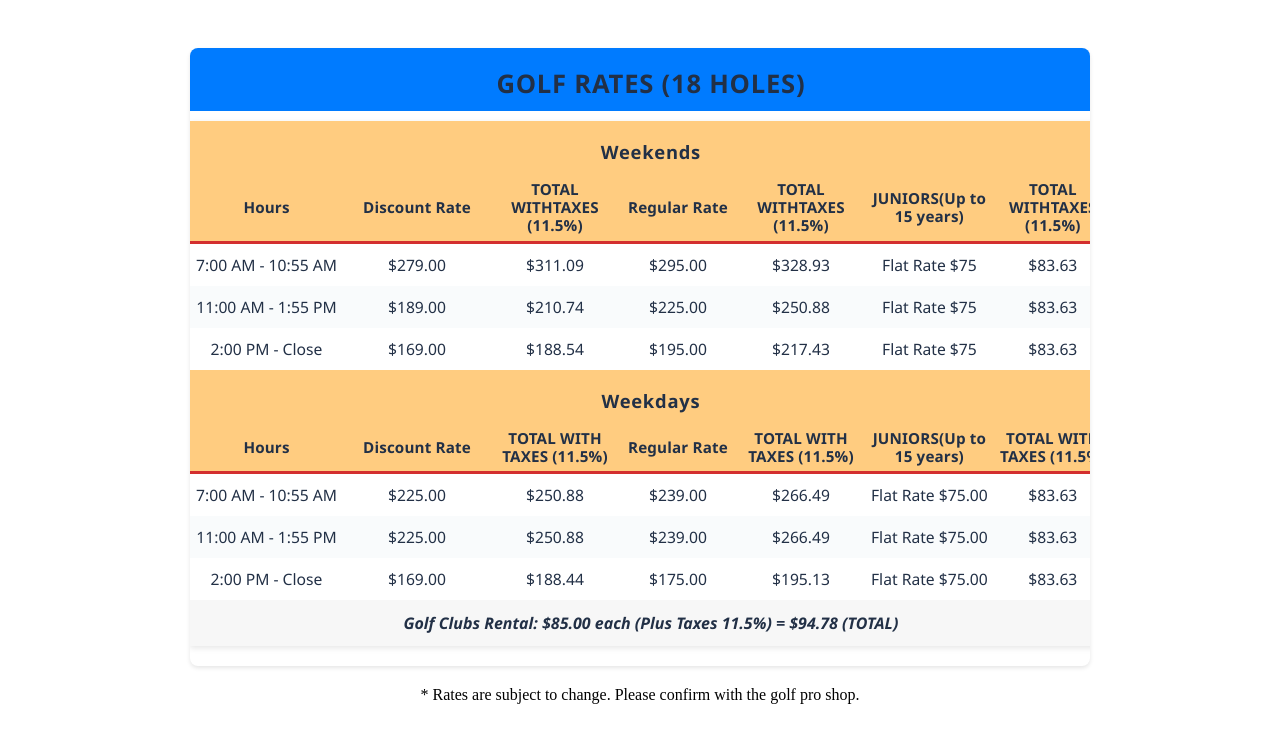
Repository: chvg1968/airphonebook
Page: src/html/pages/golfrates.html
The author's editor kept a copy of each file at every save. The page is drawn from the files as they stood at one save, then again after the next save.
The browser window is 1280 px wide. The pictures show the whole page.

Above is the page before, as saved 2025-05-08 18:27:49.

### src/html/pages/golfrates.html
<!DOCTYPE html>
<html lang="en">
<head>
    <meta charset="UTF-8">
    <meta name="viewport" content="width=device-width, initial-scale=1.0">
    <title>Golf Rates</title>
    <link rel="stylesheet" href="/public/assets/styles/components/table.css">
    <link rel="stylesheet" href="/public/assets/styles/components/modal.css">
    <style>
        .property-content {
            max-width: 900px;
            margin: 0 auto;
            padding: 20px;
            text-align: center;
        }
        .golfrates-modern th.header-underline br {
            display: none;
        }
        .table-responsive {
            overflow-x: auto;
            -webkit-overflow-scrolling: touch;
        }
        table.golfrates-modern {
            width: 100%;
            border-collapse: separate;
            border-spacing: 0;
            font-family: 'Segoe UI', 'Inter', Arial, sans-serif;
            background: #fff;
            box-shadow: 0 2px 6px rgba(0,0,0,0.10);
            margin-bottom: 20px;
        }
        .golfrates-modern thead th.section-title {
            background: none;
            font-size: 1.15em;
            color: #223046;
            letter-spacing: 0.04em;
            border-bottom: none;
            padding: 18px 0 8px 0;
            font-weight: 700;
            text-align: center !important;
            width: 100%;
        }
        .golfrates-modern th.header-underline {
            background: none;
            color: #223046;
            font-weight: 600;
            border-bottom: 3px solid #d32f2f;
            padding: 8px 4px 6px 4px;
            font-size: 0.95em;
            letter-spacing: 0.01em;
            text-align: center;
            white-space: normal;
            line-height: 1.2;
        }
        .golfrates-modern td, .golfrates-modern th {
            border: none;
            padding: 10px 6px;
            text-align: center;
            background: #fff;
            color: #223046;
            white-space: nowrap;
            font-size: 0.98em;
        }
        @media (max-width: 700px) {
            .property-content {
                padding: 4px;
            }
            .golfrates-modern {
                font-size: 0.90em;
            }
            .golfrates-modern th.header-underline, .golfrates-modern td {
                padding: 7px 2px;
                font-size: 0.95em;
                text-align: center;
            }
            .golfrates-modern th.section-title {
                font-size: 1em;
            }
            .golfrates-modern caption {
                font-size: 1.1em;
            }
        }
        @media (max-width: 480px) {
            .golfrates-modern {
                font-size: 0.82em;
            }
            .golfrates-modern th.header-underline, .golfrates-modern td {
                padding: 5px 1px;
                font-size: 0.90em;
                text-align: center;
            }
        }
        .golfrates-modern tbody tr:nth-child(even) td {
            background: #f9fbfc;
        }
        /* .golfrates-modern td.total-underline { border-bottom: 2px solid #d32f2f; color: #d32f2f; font-weight: 700; } */
        .golfrates-modern tfoot td {
            background: #f7f7f7;
            font-size: 1em;
            color: #223046;
            text-align: center;
            border: none;
            padding: 12px 10px;
        }
        .golfrates-modern caption {
            font-size: 1.4em;
            font-weight: 700;
            margin-bottom: 10px;
            color: #223046;
            letter-spacing: 0.03em;
        }
    </style>
</head>
<body>
    <div class="property-content">
        <div class="table-responsive">
            <table class="golfrates-modern">
            <caption style="font-size:1.6em; font-weight:700; padding:18px 0 10px 0; letter-spacing:0.03em;">GOLF RATES (18 HOLES)</caption>
            <thead>
            <tr>
            <th colspan="8" class="section-title" style="text-align:center;">Weekends</th>
            </tr>
            <tr>
            <th class="header-underline" style="min-width:90px;">Hours</th>
            <th class="header-underline" style="min-width:140px;">Discount Rate</th>
            <th class="header-underline" style="min-width:120px;">TOTAL WITH<br>TAXES (11.5%)</th>
            <th class="header-underline" style="min-width:110px;">Regular Rate</th>
            <th class="header-underline" style="min-width:120px;">TOTAL WITH<br>TAXES (11.5%)</th>
            <th class="header-underline" style="min-width:110px;">JUNIORS<br>(Up to 15 years)</th>
            <th class="header-underline" style="min-width:110px;">TOTAL WITH<br>TAXES (11.5%)</th>
            </tr>
            </thead>
                <tbody>
                  <tr>
                    <td>7:00 AM - 10:55 AM</td>
                    <td>$279.00</td>
                    <td>$311.09</td>
                    <td>$295.00</td>
                    <td>$328.93</td>
                    <td>Flat Rate $75</td>
                    <td>$83.63</td>
                  </tr>
                  <tr>
                    <td>11:00 AM - 1:55 PM</td>
                    <td>$189.00</td>
                    <td>$210.74</td>
                    <td>$225.00</td>
                    <td>$250.88</td>
                    <td>Flat Rate $75</td>
                    <td>$83.63</td>
                  </tr>
                  <tr>
                    <td>2:00 PM - Close</td>
                    <td>$169.00</td>
                    <td>$188.54</td>
                    <td>$195.00</td>
                    <td>$217.43</td>
                    <td>Flat Rate $75</td>
                    <td>$83.63</td>
                  </tr>
                </tbody>
                <thead>
                  <tr>
                    <th colspan="8" class="section-title" style="text-align:center;">Weekdays</th>
                  </tr>
                  <tr>
                    <th class="header-underline">Hours</th>
                    <th class="header-underline">Discount Rate</th>
                    <th class="header-underline">TOTAL WITH TAXES (11.5%)</th>
                    <th class="header-underline">Regular Rate</th>
                    <th class="header-underline">TOTAL WITH TAXES (11.5%)</th>
                    <th class="header-underline">JUNIORS<br>(Up to 15 years)</th>
                    <th class="header-underline">TOTAL WITH TAXES (11.5%)</th>
                  </tr>
                </thead>
                <tbody>
                  <tr>
                    <td>7:00 AM - 10:55 AM</td>
                    <td>$225.00</td>
                    <td>$250.88</td>
                    <td>$239.00</td>
                    <td>$266.49</td>
                    <td>Flat Rate $75.00</td>
                    <td>$83.63</td>
                  </tr>
                  <tr>
                    <td>11:00 AM - 1:55 PM</td>
                    <td>$225.00</td>
                    <td>$250.88</td>
                    <td>$239.00</td>
                    <td>$266.49</td>
                    <td>Flat Rate $75.00</td>
                    <td>$83.63</td>
                  </tr>
                  <tr>
                    <td>2:00 PM - Close</td>
                    <td>$169.00</td>
                    <td>$188.44</td>
                    <td>$175.00</td>
                    <td>$195.13</td>
                    <td>Flat Rate $75.00</td>
                    <td>$83.63</td>
                  </tr>
                </tbody>
                <tfoot>
                  <tr>
                    <td colspan="7">Golf Clubs Rental: $85.00 each (Plus Taxes 11.5%) = $94.78 (TOTAL)</td>
                  </tr>
                </tfoot>
            </table>
        </div>
        <p>* Rates are subject to change. Please confirm with the golf pro shop.</p>
    </div>
</body>
</html>

### assets/styles/components/table.css
table {
    border-collapse: collapse;
    width: 100%;
    font-family: sans-serif;
    margin-bottom: 20px;
  }

  caption {
    font-size: 1.2em;
    font-weight: bold;
    margin-bottom: 10px;
    color: #333;
  }

  thead tr {
    background-color: #ffcc80; /* Light orange for header background */
    color: #000; /* Black for header text */
  }

  th, td {
    padding: 10px 15px;
    text-align: left;
    border-bottom: 1px solid #ddd; /* Light grey bottom border for rows */
  }

  th {
    font-weight: bold;
  }

  tbody tr:nth-child(even) {
    background-color: #f9f9f9; /* Very light grey for even rows for subtle contrast */
  }

  tfoot td {
    padding: 10px 15px;
    text-align: left;
    font-style: italic;
    border-top: 1px solid #ddd; /* Light grey top border for footer */
  }

### assets/styles/components/modal.css
/* Estilos básicos del modal */
.modal {
    display: none !important;
    position: fixed !important;
    z-index: 9999 !important;
    left: 0 !important;
    top: 0 !important;
    width: 100% !important;
    height: 100% !important;
    background-color: rgba(0, 0, 0, 0.9) !important;
    overflow: hidden !important;
    justify-content: center !important;
    align-items: center !important;
}

.modal[style*="display: block"],
.modal[style*="display:block"] {
    display: block !important;
}

/* Contenido del modal */
.modal-content {
    background-color: #fefefe !important;
    margin: 2% auto !important;
    padding: 15px !important;
    border: 1px solid #888 !important;
    border-radius: 8px !important;
    width: 90% !important;
    max-width: 900px !important;
    max-height: 90vh !important;
    overflow-y: auto !important;
    position: relative !important;
    animation: modalFadeIn 0.3s !important;
    box-shadow: 0 4px 8px rgba(0, 0, 0, 0.1) !important;
}

/* Estilos responsive para el modal */
@media screen and (max-width: 768px) {
    .modal-content {
        margin: 0 auto !important;
        padding: 12px !important;
        width: 95% !important;
        max-height: 95vh !important;
        border-radius: 0 !important;
    }

    #golfRatesModal .modal-content {
        padding: 8px !important;
    }

    #golfRatesModal h2 {
        font-size: 1.3em !important;
        margin: 8px 0 !important;
    }

    #golfRatesModal p,
    #golfRatesModal li {
        font-size: 0.95em !important;
        line-height: 1.3 !important;
    }

    .modal-content table {
        font-size: 0.9em !important;
    }

    .modal-content th,
    .modal-content td {
        padding: 4px 6px !important;
    }
}

/* Ajustes adicionales para pantallas muy pequeñas */
@media screen and (max-width: 480px) {
    .modal-content {
        margin: 0 !important;
        width: 100% !important;
        height: 100vh !important;
        max-height: 100vh !important;
    }

    #golfRatesModal h2 {
        font-size: 1.2em !important;
    }

    #golfRatesModal p,
    #golfRatesModal li {
        font-size: 0.9em !important;
    }

    .modal-content table {
        font-size: 0.85em !important;
    }

    .modal-content th,
    .modal-content td {
        padding: 3px 4px !important;
    }
}

/* Estilos específicos para el modal de Golf Rates */
#golfRatesModal .modal-content {
    padding: 10px !important;
}

/* Estilos para el mapa y controles de zoom */
.zoom-controls {
    position: fixed !important;
    bottom: 20px !important;
    right: 20px !important;
    display: flex !important;
    gap: 10px !important;
    z-index: 1001 !important;
}

.zoom-btn {
    background: white !important;
    border: none !important;
    border-radius: 50% !important;
    width: 40px !important;
    height: 40px !important;
    font-size: 24px !important;
    cursor: pointer !important;
    display: flex !important;
    align-items: center !important;
    justify-content: center !important;
    box-shadow: 0 2px 5px rgba(0,0,0,0.2) !important;
    transition: all 0.2s ease !important;
}

.zoom-btn:hover {
    background: #f0f0f0 !important;
    transform: scale(1.1) !important;
}

.zoom-btn:active {
    transform: scale(0.95) !important;
}

.panzoom {
    max-width: none !important;
    max-height: none !important;
    width: auto !important;
    height: auto !important;
    transform-origin: center !important;
    will-change: transform !important;
    transition: transform 0.1s ease-out !important;
    min-width: 100% !important;
    min-height: 100% !important;
}

.map-instructions {
    text-align: center !important;
    color: #666 !important;
    margin-bottom: 15px !important;
    font-style: italic !important;
    transition: opacity 0.5s ease !important;
}

.map-instructions.fade {
    opacity: 0 !important;
}

#golfRatesModal h2 {
    margin: 10px 0 !important;
    font-size: 1.5em !important;
}

#golfRatesModal p {
    margin: 5px 0 !important;
    line-height: 1.4 !important;
}

#golfRatesModal ul {
    margin: 5px 0 !important;
    padding-left: 20px !important;
}

#golfRatesModal li {
    margin: 3px 0 !important;
}

/* Estilo para tablas en modales */
.modal-content table {
    width: 100% !important;
    margin: 10px 0 !important;
    border-collapse: collapse !important;
}

.modal-content th,
.modal-content td {
    padding: 5px 8px !important;
    border: 1px solid #ddd !important;
    font-size: 0.95em !important;
}

@keyframes modalFadeIn {
    from {opacity: 0; transform: translateY(-20px);}
    to {opacity: 1; transform: translateY(0);}
}

/* Botón de cerrar */
.close {
    color: #aaa;
    float: right;
    font-size: 28px;
    font-weight: bold;
    cursor: pointer;
}

.close:hover,
.close:focus {
    color: black;
    text-decoration: none;
    cursor: pointer;
}

.modal-header {
    display: flex;
    justify-content: flex-end;
    margin-bottom: 15px;
    background-color: transparent;
}

/* Estilos para la tabla de tarifas de golf */
.table-responsive {
    overflow-x: auto;
    margin: 20px 0;
    border-radius: 8px;
    box-shadow: 0 2px 4px rgba(0,0,0,0.1);
}

.table-responsive table {
    width: 100%;
    min-width: 800px;
    border-collapse: collapse;
    background-color: white;
}

.table-responsive caption {
    font-size: 1.2em;
    font-weight: bold;
    padding: 15px;
    background-color: #007bff;
    color: white;
    text-transform: uppercase;
}

.table-responsive th {
    background-color: #f8f9fa;
    color: #333;
    font-weight: 600;
    text-align: center;
    padding: 12px;
    border: 1px solid #dee2e6;
}

.table-responsive td {
    padding: 12px;
    border: 1px solid #dee2e6;
    text-align: center;
}

.table-responsive tbody tr:nth-child(even) {
    background-color: #f8f9fa;
}

.table-responsive tbody tr:hover {
    background-color: #f2f2f2;
}

.table-responsive tfoot td {
    background-color: #e9ecef;
    font-weight: bold;
}

.rates-note {
    font-style: italic;
    color: #666;
    margin-top: 15px;
    text-align: center;
}

.modal-content {
    padding: 30px;
}

.modal-content h2 {
    color: #333;
    margin-bottom: 25px;
    font-size: 24px;
    border-bottom: 2px solid #007bff;
    padding-bottom: 10px;
}

.modal-content .info-section {
    margin-bottom: 25px;
    padding: 20px;
    background-color: #f8f9fa;
    border-radius: 8px;
    box-shadow: 0 2px 4px rgba(0,0,0,0.05);
}

.modal-content .info-section h3 {
    color: #007bff;
    margin-bottom: 15px;
    font-size: 18px;
}

.modal-content .info-section p {
    line-height: 1.6;
    color: #555;
    margin-bottom: 15px;
}

.modal-content .info-section ul {
    list-style-type: none;
    padding-left: 20px;
}

.modal-content .info-section ul li {
    margin-bottom: 10px;
    position: relative;
    padding-left: 20px;
    line-height: 1.4;
}

.modal-content .info-section ul li:before {
    content: '•';
    color: #007bff;
    position: absolute;
    left: 0;
    top: 0;
}

.modal-content .info-section.warning {
    background-color: #fff3cd;
    border: 1px solid #ffeeba;
}

.modal-content .info-section.warning h3 {
    color: #856404;
}

.modal-content .warning-text {
    color: #dc3545;
    font-weight: 500;
    margin-top: 15px;
    padding: 10px;
    background-color: rgba(220, 53, 69, 0.1);
    border-radius: 4px;
}

.view-more-btn {
    display: inline-flex;
    align-items: center;
    gap: 8px;
    background-color: #007bff;
    color: white;
    border: none;
    padding: 8px 16px;
    border-radius: 4px;
    cursor: pointer;
    font-size: 14px;
    margin-top: 8px;
    transition: background-color 0.3s ease;
}

.view-more-btn:hover {
    background-color: #0056b3;
}

.view-more-btn i {
    font-size: 16px;
}

.modal-close {
    background: none;
    border: none;
    font-size: 24px;
    cursor: pointer;
    color: #030303;
    transition: color 0.2s;
}

.modal-close:hover {
    color: #fd098b;
}

.modal-title {
    text-align: center;
    margin-bottom: 15px;
    font-size: 1.5rem;
    color: #333;
    font-weight: bold;
}

.modal-content {
    max-height: 70vh;
    overflow-y: auto;
}

.modal-body {
    font-size: 16px;
    line-height: 1.6;
    color: #333;
    text-align: center;
    padding: 20px;
}

.modal-body .property-content {
    max-width: 800px;
    margin: 0 auto;
}

.modal-body .info-section {
    margin-bottom: 20px;
}

.modal-body .info-section:last-child {
    margin-bottom: 0;
}

.modal-body .info-section h3 {
    color: #fd098b;
    margin-bottom: 10px;
    font-size: 1.2rem;
}

.modal-body p,
.modal-body ul {
    color: #333;
    font-size: 16px;
    line-height: 1.6;
}

.modal-body .info-list {
    padding-left: 20px;
    margin: 0;
    padding: 0;
    list-style-type: none;
}

.modal-body .info-list li {
    list-style-type: none;
    padding: 8px 16px;
    border-bottom: 1px solid #edf2f7;
    margin: 0;
    position: relative;
}

.modal-body .info-list li::before {
    content: '';
    position: absolute;
    left: 0;
    top: 50%;
    transform: translateY(-50%);
    width: 4px;
    height: 4px;
    border-radius: 50%;
    background-color: #718096;
    margin-right: 8px;
}

.modal-body .warning .info-list li::before {
    background-color: #856404;
}

.modal-body .info-list li:last-child {
    border-bottom: none;
    padding-bottom: 0;
}

.modal-body .warning {
    background-color: #fff3cd;
    border-left: 4px solid #ffc107;
    padding: 25px;
    margin-top: 15px;
}

.modal-body .warning-text {
    color: #856404;
    font-weight: bold;
}

/* Estilos para el scrollbar */
.modal-content::-webkit-scrollbar {
    width: 8px;
}

.modal-content::-webkit-scrollbar-track {
    background: #f1f1f1;
    border-radius: 4px;
}

.modal-content::-webkit-scrollbar-thumb {
    background: #cbd5e0;
    border-radius: 4px;
}

.modal-content::-webkit-scrollbar-thumb:hover {
    background: #a0aec0;
}

/* Estilos para enlaces dentro del modal */
.modal-body a {
    color: #4299e1;
    text-decoration: none;
    transition: color 0.2s ease;
}

.modal-body a:hover {
    color: #2b6cb0;
    text-decoration: underline;
}

/* Estilos para el contenido del Kids Club */
.modal-body .info-section h3 {
    color: #2d3748;
    font-size: 1.1rem;
    margin: 0 0 12px 0;
    font-weight: 600;
}

.modal-body .info-section p {
    margin: 0 0 16px 0;
}

/* Estilos para el modal del mapa */

.modal {
    display: none;
    position: fixed;
    z-index: 1000;
    left: 0;
    top: 0;
    width: 100%;
    height: 100%;
    background-color: rgba(0, 0, 0, 0.7);
}

.modal-content {
    position: relative;
    background-color: #fefefe;
    margin: 5% auto;
    padding: 20px;
    border: 1px solid #888;
    width: 80%;
    max-width: 800px;
    border-radius: 8px;
    box-shadow: 0 4px 6px rgba(0, 0, 0, 0.1);
}

.close {
    position: absolute;
    right: 20px;
    top: 10px;
    color: #aaa;
    font-size: 28px;
    font-weight: bold;
    cursor: pointer;
}

.close:hover,
.close:focus {
    color: black;
    text-decoration: none;
    cursor: pointer;
}

.map-container {
    position: relative;
    width: 100%;
    height: calc(100% - 60px);
    margin-top: 15px;
    overflow: hidden;
    background: #f5f5f5;
    display: flex;
    align-items: center;
    justify-content: center;
    -webkit-overflow-scrolling: touch;
    cursor: grab;
    touch-action: none; /* Permite gestos personalizados */
}

.map-wrapper {
    width: 100%;
    overflow: auto;
    -webkit-overflow-scrolling: touch; /* Scroll suave en iOS */
    position: relative;
    max-height: 70vh;
}

.map-image {
    width: 100%;
    height: auto;
    transform-origin: center;
    transition: transform 0.3s ease;
    cursor: move;
    touch-action: pinch-zoom; /* Habilita zoom con gestos */
    -webkit-user-select: none;
    user-select: none;
}

.map-controls {
    position: absolute;
    bottom: 20px;
    right: 20px;
    display: flex;
    gap: 10px;
    background: rgba(255, 255, 255, 0.9);
    padding: 8px;
    border-radius: 8px;
    box-shadow: 0 2px 4px rgba(0, 0, 0, 0.2);
}

.zoom-btn {
    width: 40px;
    height: 40px;
    border: none;
    border-radius: 50%;
    background: white;
    color: #4a90e2;
    cursor: pointer;
    display: flex;
    align-items: center;
    justify-content: center;
    font-size: 18px;
    box-shadow: 0 2px 4px rgba(0, 0, 0, 0.1);
    transition: all 0.2s ease;
}

.zoom-btn:hover {
    background: #4a90e2;
    color: white;
}

.property-actions {
    display: flex;
    gap: 15px;
    margin-top: 15px;
}

.view-map-btn {
    display: flex;
    align-items: center;
    gap: 8px;
    padding: 8px 16px;
    background-color: #4a90e2;
    color: white;
    border: none;
    border-radius: 4px;
    cursor: pointer;
    font-size: 16px;
    transition: background-color 0.3s;
}

.view-map-btn:hover {
    background-color: #357abd;
}

.modal h2 {
    margin-top: 0;
    color: #333;
    font-size: 24px;
}

/* Estilos responsive */
@media (max-width: 768px) {
    .modal-container {
        width: 95%;
        margin: 0 auto;
    }

    .modal-header {
        padding: 16px 20px;
    }

    .modal-content {
        padding: 20px;
    }

    .modal-body {
        font-size: 13px;
        padding: 0 16px;
    }

    .modal-body .info-section h3 {
        font-size: 1rem;
    }
}

@media (max-width: 768px) {
    .modal-content {
        width: 95%;
        margin: 2% auto;
        padding: 15px;
    }

    .map-wrapper {
        max-height: 80vh;
    }

    .map-controls {
        bottom: 10px;
        right: 10px;
    }

    .zoom-btn {
        width: 36px;
        height: 36px;
        font-size: 16px;
    }
}

After the next save:
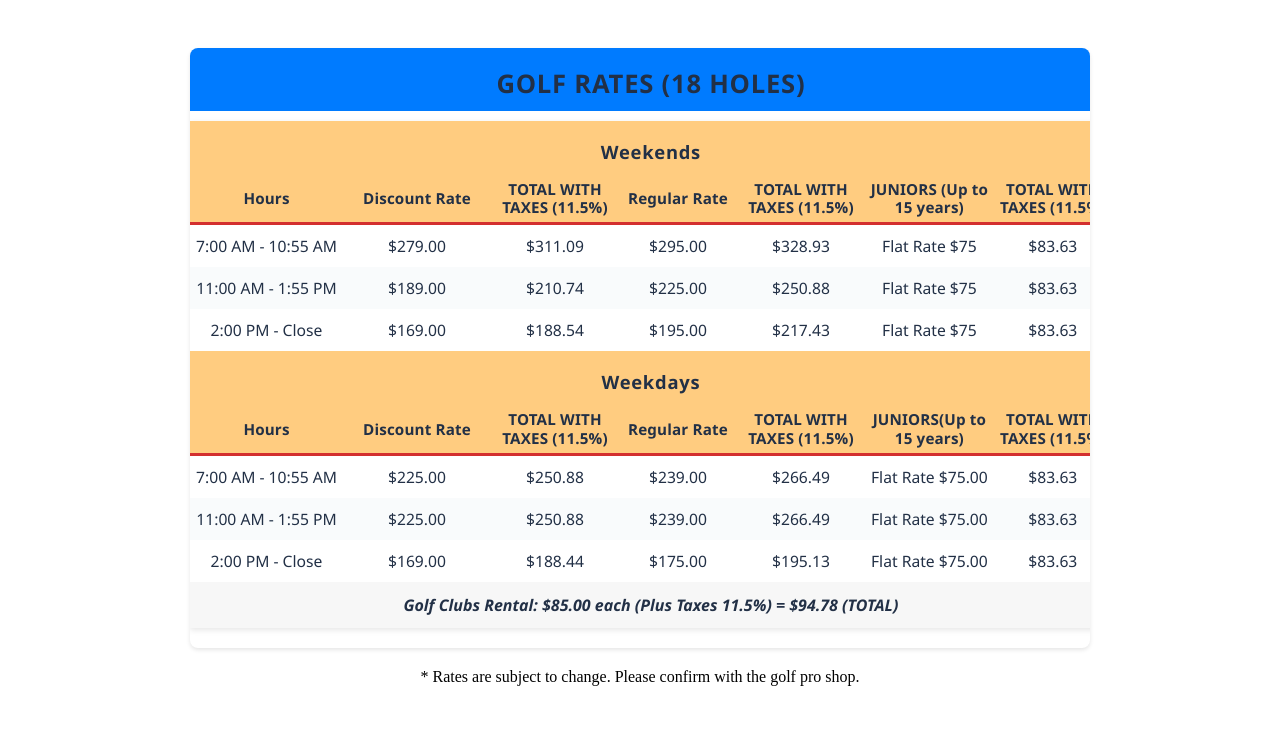
Saved 5 min 27 s later.
--- a/src/html/pages/golfrates.html
+++ b/src/html/pages/golfrates.html
@@ -123,11 +123,11 @@
             <tr>
             <th class="header-underline" style="min-width:90px;">Hours</th>
             <th class="header-underline" style="min-width:140px;">Discount Rate</th>
-            <th class="header-underline" style="min-width:120px;">TOTAL WITH<br>TAXES (11.5%)</th>
+            <th class="header-underline" style="min-width:120px;">TOTAL WITH TAXES (11.5%)</th>
             <th class="header-underline" style="min-width:110px;">Regular Rate</th>
-            <th class="header-underline" style="min-width:120px;">TOTAL WITH<br>TAXES (11.5%)</th>
-            <th class="header-underline" style="min-width:110px;">JUNIORS<br>(Up to 15 years)</th>
-            <th class="header-underline" style="min-width:110px;">TOTAL WITH<br>TAXES (11.5%)</th>
+            <th class="header-underline" style="min-width:120px;">TOTAL WITH TAXES (11.5%)</th>
+            <th class="header-underline" style="min-width:110px;">JUNIORS (Up to 15 years)</th>
+            <th class="header-underline" style="min-width:110px;">TOTAL WITH TAXES (11.5%)</th>
             </tr>
             </thead>
                 <tbody>
